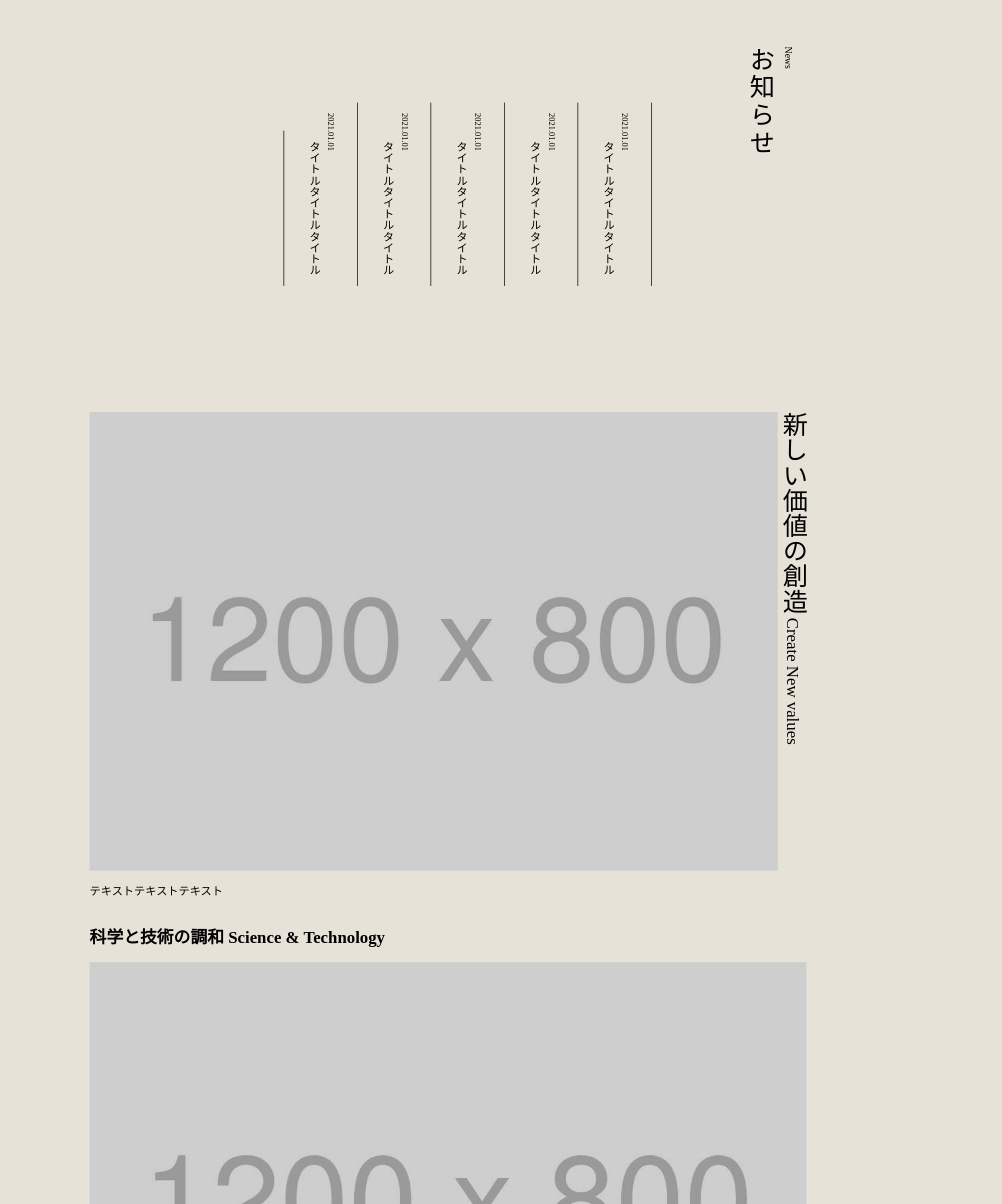
Repository: Fuki-san/wagashi
Page: http://localhost/wagashi
The author's editor kept a copy of each file at every save. The page is drawn from the files as they stood at one save, then again after the next save.
The browser window is 1280 px wide. The page is 1432 px wide, so the pictures cover 1432 px, including what lies to the right of the window. The pictures show the part of the page from y = 961 to 2681 px (the page is 3919 px tall), at 70% of full size.
The page is served by the project's Laravel application, run on PHP 8.4 with Laravel 10.

Above is the page before, as saved 2023-12-09 16:17:24.

After the next save:
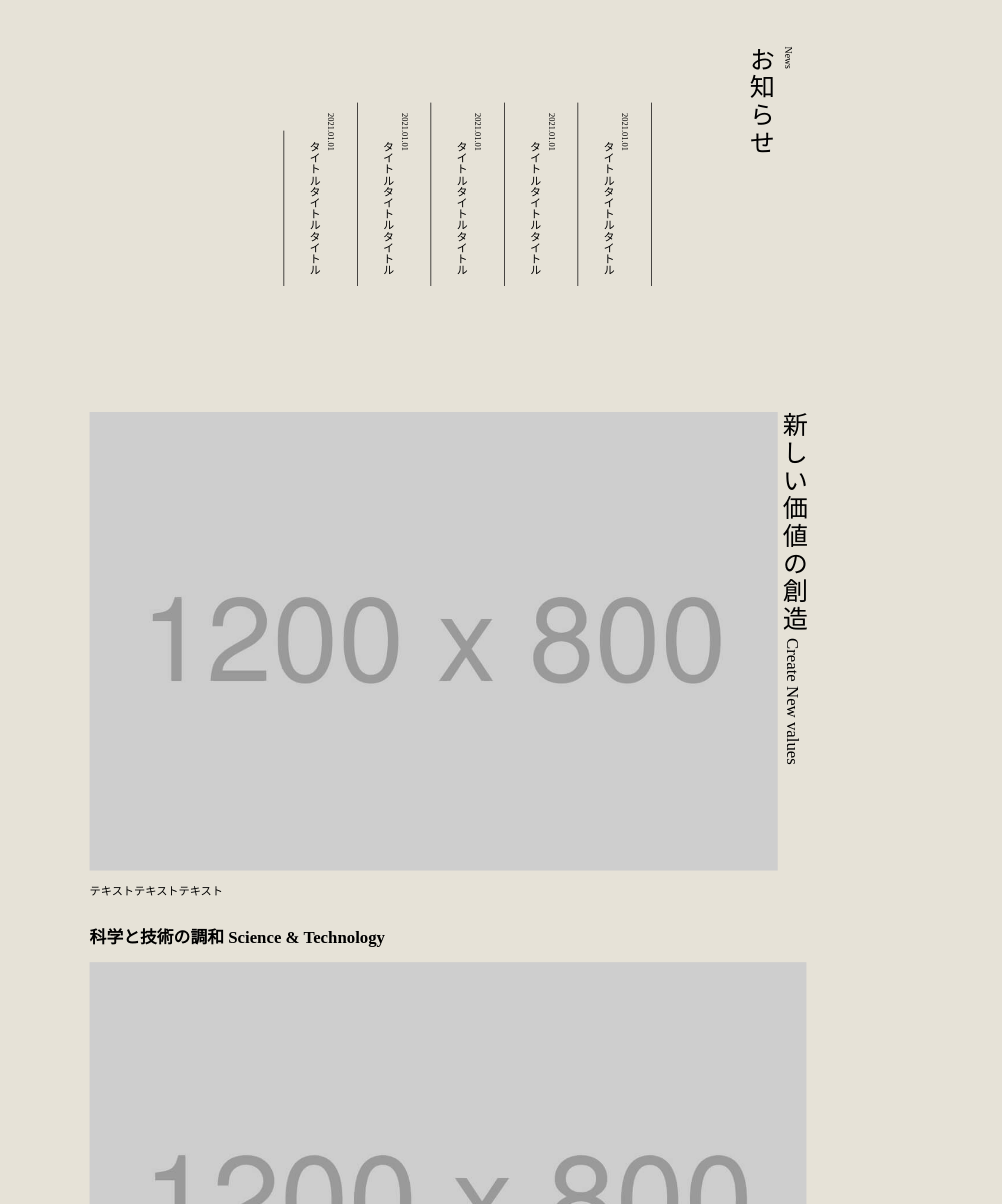
Saved 27 s later.
--- a/public/css/style.css
+++ b/public/css/style.css
@@ -138,5 +138,5 @@ li{
 }
 #products1 .ja{
     font-size: 2.25rem;
-
+    letter-spacing: 0.1em;
 }
